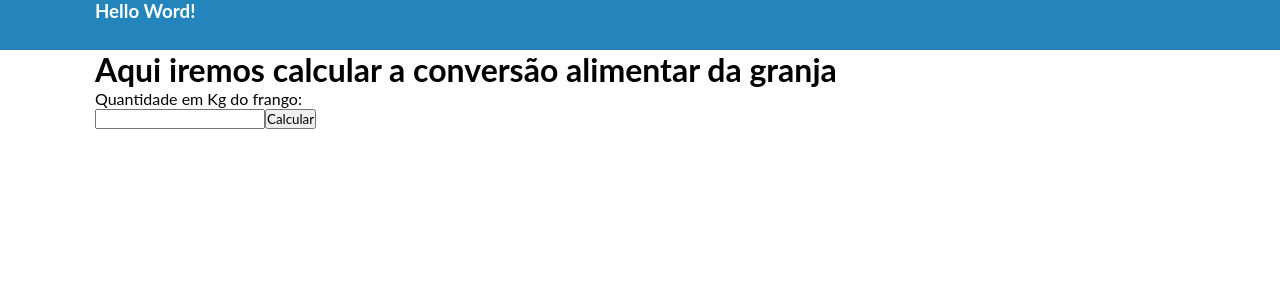
Repository: JoaoNahid/adminSystem
Page: /home (app in client/)
The author's editor kept a copy of each file at every save. The page is drawn from the files as they stood at one save, then again after the next save.
The browser window is 1280 px wide. The pictures show the whole page.
The project was rebuilt for these pictures with package versions that can differ from the ones it lists, and the page was loaded fresh each time. Also part of the build but not shown: client/src/App.css, client/src/routes/login.js, client/src/routes/cadastro.js, client/src/routes/404.js.

Above is the page before, as saved 2022-04-20 21:08:32.

### client/src/App.js
import logo from './logo.svg';
import React, { useState, useEffect } from "react"
import './App.css';
import './css/style.css';


// Router
import { BrowserRouter as Router, Route, Routes } from 'react-router-dom';
// Telas
import Login from './routes/login.js'
import Cadastro from './routes/cadastro.js'
import Home from './routes/home.js'
import Error from './routes/404.js'
import Header from './routes/header.js'

export default function App() {
  return (
    <Router>
      <div>
        <Header />
        <Routes>
          <Route exact path="/login" element={<Login />} />
          <Route exact path="/cadastro" element={<Cadastro />} />
          <Route exact path="/" element={<Home />} />
          <Route exact path="/home" element={<Home />} />
          <Route path="*" element={<Error />} />
        </Routes>
      </div>
    </Router>
  )
}

### client/src/css/style.css
body{
  margin: 0;
  padding: 0;
  font-family: 'Lato', sans-serif;
}
*{
  margin: 0;
  padding: 0;
  font-family: 'Lato', sans-serif;
}
:root{
  --cor1: #099c22;
  --cor2: #424242;
}

@import url('https://fonts.googleapis.com/css2?family=Lato:ital,wght@0,100;0,300;0,400;0,700;0,900;1,100;1,300;1,400;1,700;1,900&display=swap');


.container{
  /* width: calc(100% - 80px); */
  margin-left: 80px;
  padding: 0 15px;
}
.nomePagina{
  padding: 8px 0;
  margin-bottom: 15px;
  background-color: #fff;
  display: flex;
  flex-direction: row;
  justify-content: space-between;
  align-items: center;
}

.tituloPagina{
  color: var(--cor2);
  font-size: 30px;
}
.mostrarEstatisticas{
  color: var(--cor2);
  font-size: 30px;
  cursor: pointer;
  transform: rotate(180deg);
}
.flexBox{
  display: flex;
}
.flexRow{
  flex-direction: row;
}
/* SIDEBAR */
.sidebar{
  position: fixed;
  top: 0;
  bottom: 0;
  height: auto;
  width: 70px;
  background-color: var(--cor2);
  box-shadow: 10px 0 0 var(--cor1);
  overflow: hidden;
  transition: 0.5s;
  z-index: 2;
}
.sidebar:hover{
  width: 300px;
}
.sidebar ul{
  position: absolute;
  top: 200px;
  left: 0;
  width: 100%;
  padding-left: 5px;
}
.sidebar ul li{
  position: relative;
  list-style: none;
  width: 100%;
  border-top-left-radius: 20px;
}
.sidebar ul li a{
  position: relative;
  display: flex;
  width: 100%;
  text-decoration: none;
  color: #fff;
}
.sidebar .iconeSidebar{
  position: relative;
  display: block;
  min-width: 60px;
  height: 60px;
  text-align: center;
  line-height: 70px;
}
.sidebar .iconeSidebar ion-icon{
  position: relative;
  font-size: 1.5rem;
  z-index: 1;
}
.sidebar .tituloSidebar{
  position: relative;
  display: block;
  padding-left: 10px;
  height: 60px;
  line-height: 60px;
  white-space: nowrap;
}
.sidebar .active{
  background: var(--cor1);
}
.perfilUsuario{
  position: relative;
  top: 30px;
  display: flex;
  flex-direction: column;
  justify-content: center;
  align-items: center;
}
.fotoUsuario{
  width: 50px;
  height: 50px;
  border-radius: 50%;
  background-size: cover !important;
  background-repeat: no-repeat !important;
  background-position: center !important;
  transition: 0.6s;
}
.sidebar:hover .fotoUsuario{
  width: 100px;
  height: 100px;
}
.sidebar:hover .nomeUsuario,
.sidebar:hover .funcaoUsuario{
  visibility: visible;
  opacity: 1;
  transition: visibility 0s, opacity 0s linear;
}
.nomeUsuario{
  color: #fff;
  font-size: 20px;
  margin-top: 6px;
  visibility: hidden;
  opacity: 0;
  transition: visibility 0s, opacity 0s linear;
}
.funcaoUsuario{
  color: #fff;
  font-size: 15px;
  visibility: hidden;
  opacity: 0;
  transition: visibility 0s, opacity 0s linear;
}
/* FIM SIDEBAR */

/* DASHBOARD */
.areaBlocosEstatisticas{
  display: grid;
  grid-template-columns: repeat(4, 1fr);
  justify-content: center;
  gap: 20px;
  flex-direction: row;
}
@media(max-width: 1064px){
  .areaBlocosEstatisticas{
    grid-template-columns: repeat(2, 1fr);
  }
}
@media(max-width: 651px){
  .areaBlocosEstatisticas{
    grid-template-columns: 1fr;
  }
}
.blocoEstatistica{
  width: auto;
  height: 150px;
  background: var(--cor2);
  color: #fff;
  border-bottom: 3px solid var(--cor1);
  border-top-left-radius: 20px;
  border-top-right-radius: 20px;
  display: flex;
  flex-direction: column;
  justify-content: space-between;
  align-items: center;
  padding: 8px 12px;
}
.tituloEstatistica{
  font-size: 25px;
  text-transform: capitalize;
}
.conteudoEstatistica{
  display: flex;
  flex-direction: row;
  align-items: center;
  justify-content: space-between;
  width: 100%;
  padding-bottom: 25px;
}
.iconeEstatistica{
  width: 85px;
  font-size: 50px;
  z-index: 0;
}
.dadosEstatistica{
  text-align: center;
  width: 100%;
  font-size: 60px;
  color: #fff;
}
.exibirMenu{
  margin-top: -1000px !important;
  transition: .3s;
}
.rotacionarBtn{
  transform: rotate(180deg);
  transition: .7s ease-in;
}
/* FIM DASHBOARD */

/* LOGIN */
#bgAreaLogin{
  background: rgb(9,156,34);
  background: linear-gradient(0deg, rgba(9,156,34,1) 0%, rgba(66,66,66,1) 100%);
  width: 100%;
  height: 100vh;
}
#areaLogin{
  position: absolute;
  top: 0;
  bottom: 0;
  right: 0;
  left: 0;
  margin: auto auto;
  width: 350px;
  height: 400px;
  box-shadow: rgba(0, 0, 0, 0.1) 0px 10px 15px -3px, rgba(0, 0, 0, 0.05) 0px 4px 6px -2px;
  background-color: #fff;
}
.formLogin{
  padding: 15px 45px ;
  display: flex;
  flex-direction: column;
  gap: 15px;
  align-items: center;
  justify-content: center;
  height: 100%;
}
#areaLogin input{
  /* border-top: 0 none;
  border-right: 0 none;
  border-left: 0 none;
  border-color: var(--cor1); */
  border: 0 none;
  background: #42424255;
  color: var(--cor2);
  border-radius: 20px;
  padding: 8px 12px;
  font-size: 15px;
  width: calc(100% - 24px);
}
#areaLogin input::placeholder{
  color: #fff;
}
#areaLogin input:focus{
  outline: none;
}
.btnLogar{
  width: 100% !important;
  background-color: var(--cor2) !important;
  transition: .3s;
  color: #fff !important;
}
.btnLogar:hover{
  background-color: var(--cor1) !important;
  color: #fff !important;
  cursor: pointer;
}
.esqueciASenha{
  font-size: 13px;
  color: var(--cor2);
  text-decoration: none;
}
.esqueciASenha:hover{
  color: inherit;
}

/* FIM LOGIN */

/* Edição Site */
#areaTotalEdicaoSite{
  width: 100%;
}
.menuPaginas{
  display: flex;
  justify-content: center;
  flex-direction: row;
  margin-left: 230px;
  gap: 1px;
  background: var(--cor1);
}
.paginaEdicao{
  padding: 10px 10px;
  background-color: var(--cor2);
  color: #fff;
  width: 100%;
  text-align: center;
}
.paginaEdicao:hover{
  background: var(--cor1);
  cursor: pointer;
}
.menuSectionsPagina{
  width: 230px;
  display: flex;
  flex-direction: column;
  justify-content: center;
  background: var(--cor1);
}
.sectionEdicao{
  background: var(--cor2);
  color: #fff;
  width: calc(100% - 25px);
  text-align: left;
  padding: 16px 12px;
  text-decoration: none;
}
.sectionEdicao:hover{
  background: var(--cor1);
  cursor: pointer;
}
.boxFormEdicao{
  padding: 20px;
  width: calc(100% - 267px);
  border: solid 1px var(--cor2);
  border-left: solid 1px var(--cor1);
}
.tituloCampo{
  font-size: 18px;
  color: var(--cor2);
  margin-bottom: 10px;
}
.menuAtivo{
  background-color: var(--cor1);
}
/* Fim Edição Site */


/* INPUTS */
input:focus{
  outline: 0;
}
.formEdicao input{
  border-top: 0 none;
  border-right: 0 none;
  border-left: 0 none;
  border-bottom: 2px solid var(--cor2);
  padding: 0 5px 2px;
  font-size: 15px;
  transition: 0.3s;
  width: 100%;
}
.formEdicao input:focus{
  border-color: var(--cor1);
}
/* FIM INPUTS */

#headerArea{
  height: 50px;
  width: 100%;
  background-color: rgb(36, 133, 189);
  color: #fff;
}

/* PAGINA DE ERRO */
#errorPage{
  width: 100%;
  text-align: center;
  padding-top: 50px;
}

### client/src/routes/home.js
import React, { Component, useState, useEffect } from "react"
import Axios from "axios"

export default function Home(){

    const [users, setUsers] = useState([])
    console.log(users)
     /* useEffect((e) => {
       e.preventDefault()
        Axios.get('http://localhost:3001/login').then((response) => {
            console.log(response)
            setUsers(response.data)
        })
    }) */

    function calcularConversao(){

    }



    return(
        <div>
            <div className="container">
                <h1>Aqui iremos calcular a conversão alimentar da granja</h1>
                <p>Quantidade em Kg do frango:</p>
                <input type="text" name='pesoFrango' value='' />
                <button onClick={calcularConversao()}>Calcular</button>
            </div>
        </div>
    )
}

### client/src/routes/header.js
import React, { Component } from "react"

export default function Header() {

    return(
        <div id="headerArea">
            <div className="container">
                <h3>Hello Word!</h3>
            </div>
        </div>
    )
}

Loaded but not shown: client/public/index.html (common file); client/src/index.js (common file); client/src/index.css (common file); client/src/reportWebVitals.js (common file)

After the next save:
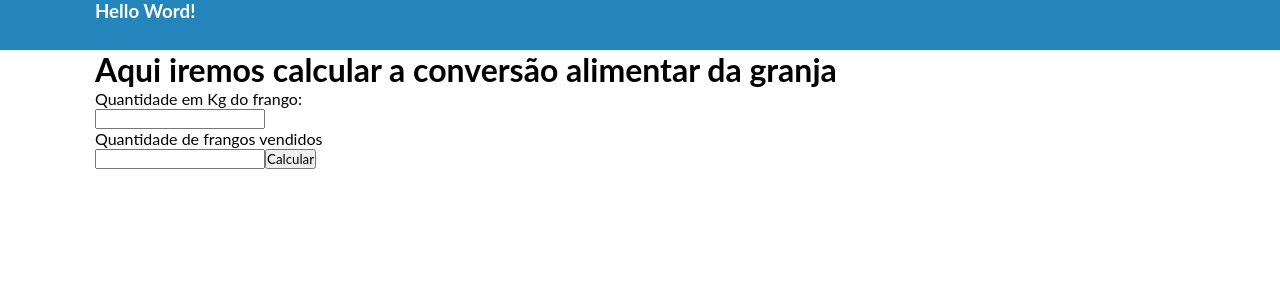
Saved 54 s later.
--- a/client/src/routes/home.js
+++ b/client/src/routes/home.js
@@ -25,6 +25,8 @@ export default function Home(){
                 <h1>Aqui iremos calcular a conversão alimentar da granja</h1>
                 <p>Quantidade em Kg do frango:</p>
                 <input type="text" name='pesoFrango' value='' />
+                <p>Quantidade de frangos vendidos</p>
+                <input type="number" nameqtdFrangos/>
                 <button onClick={calcularConversao()}>Calcular</button>
             </div>
         </div>
